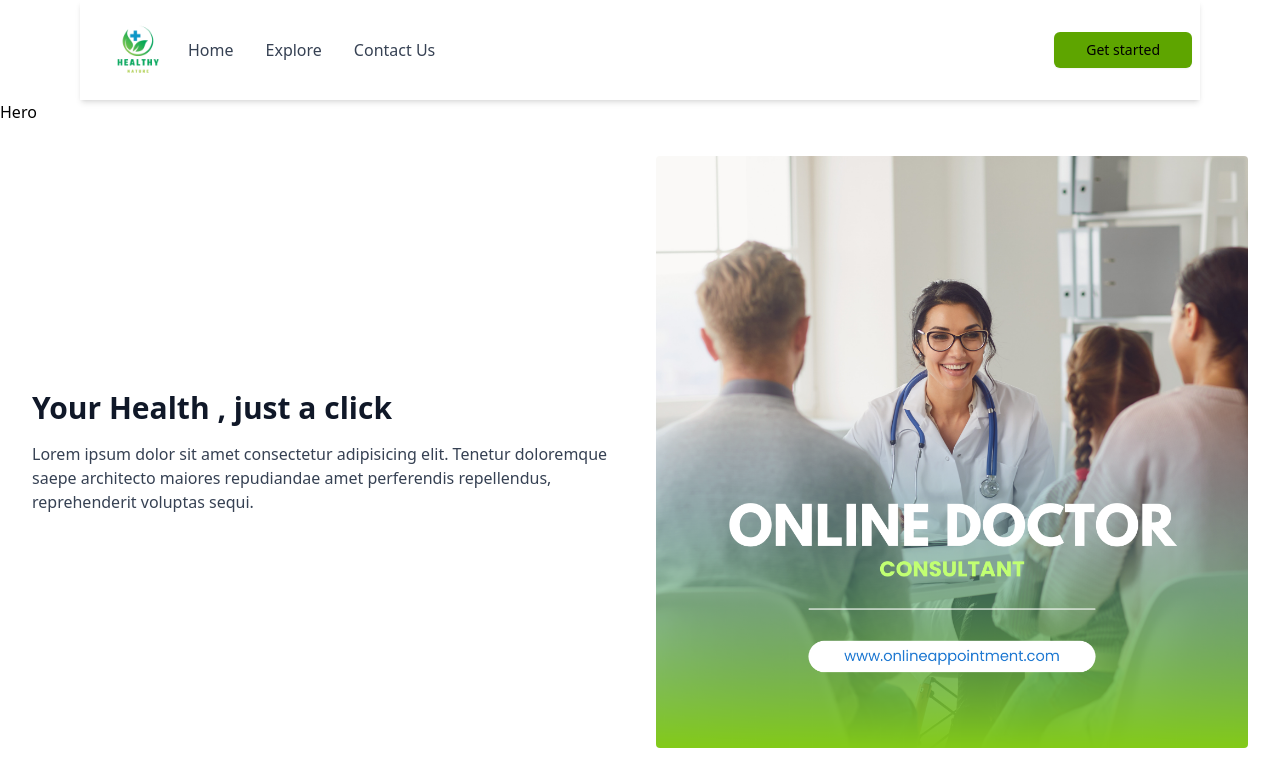
Repository: Muyassar-Mamdoh-Salem/appooinetment_app_frontend
Page: /
The author's editor kept a copy of each file at every save. The page is drawn from the files as they stood at one save, then again after the next save.
The browser window is 1280 px wide. The pictures show the whole page.
The project was rebuilt for these pictures with package versions that can differ from the ones it lists, and the page was loaded fresh each time. The framework's server and built-in components were replaced by stand-ins that run in the browser. Also part of the build but not shown: next.config.mjs.

Above is the page before, as saved 2025-07-03 15:20:28.

### app/layout.js
import { Geist, Geist_Mono } from "next/font/google";
import "./globals.css";
import Header from "./_compnents/Header";
const geistSans = Geist({
  variable: "--font-geist-sans",
  subsets: ["latin"],
});

const geistMono = Geist_Mono({
  variable: "--font-geist-mono",
  subsets: ["latin"],
});

export const metadata = {
  title: "Create Next App",
  description: "Generated by create next app",
};

export default function RootLayout({ children }) {
  return (
    <html lang="en">
      <body
        className={`${geistSans.variable} ${geistMono.variable} antialiased`}
      >
        <div className=" md:px-20">
                 <Header />

        </div>
        {children}
      </body>
    </html>
  );
}

### app/page.js
import Image from "next/image";

// shad cn
import { Button } from "@/components/ui/button"
// component
import Hero from "./_compnents/Hero";
export default function Home() {
  return (
    <div className="">
<Hero/>

    </div>
  );
}

### app/_compnents/Header.jsx
import React from 'react';
import Image from 'next/image';
import Link from 'next/link';
import { Button } from '@/components/ui/button';

function Header() {
  const menu = [
    { id: 1, name: 'Home', path: '/' },
    { id: 2, name: 'Explore', path: 'Explore' },
    { id: 3, name: 'Contact Us', path: 'Contact Us' }
  ];

  return (
    <header className="bg-white shadow-md px-2 flex items-center justify-between    ">
      <div className="  flex items-center  ">
        {/* الشعار */}
        <div className="flex items-center gap-2">
          <Image src="/assets/image/logo.png" width={100} height={40} alt="logo" />

        </div>

        {/* القائمة */}
        <nav>
          <ul className="hidden md:flex gap-8 text-gray-700 font-medium">
            {menu.map((item) => (
              <li key={item.id}>
                <Link
                  href={item.path}
                  className="hover:text-lime-600 transition-all duration-200 cursor-pointer hover:scale-105 "
                >
                  {item.name}
                </Link>
              </li>
            ))}
          </ul>
        </nav>
      </div>
      <Button>Get started</Button>

    </header>
  );
}

export default Header;

### components/ui/button.jsx
import * as React from "react"
import { Slot } from "@radix-ui/react-slot"
import { cva } from "class-variance-authority";

import { cn } from "@/lib/utils"

const buttonVariants = cva(
  "inline-flex items-center justify-center gap-2 whitespace-nowrap rounded-md text-sm font-medium transition-all disabled:pointer-events-none disabled:opacity-50 [&_svg]:pointer-events-none [&_svg:not([class*='size-'])]:size-4 shrink-0 [&_svg]:shrink-0 outline-none focus-visible:border-ring focus-visible:ring-ring/50 focus-visible:ring-[3px] aria-invalid:ring-destructive/20 dark:aria-invalid:ring-destructive/40 aria-invalid:border-destructive",
  {
    variants: {
      variant: {
        default:
          "bg-lime-600 text-primary-foreground shadow-xs hover:bg-lime-700 cursor-pointer",
        destructive:
          "bg-destructive text-white shadow-xs hover:bg-destructive/90 focus-visible:ring-destructive/20 dark:focus-visible:ring-destructive/40 dark:bg-destructive/60",
        outline:
          "border bg-background shadow-xs hover:bg-accent hover:text-accent-foreground dark:bg-input/30 dark:border-input dark:hover:bg-input/50",
        secondary:
          "bg-secondary text-secondary-foreground shadow-xs hover:bg-secondary/80",
        ghost:
          "hover:bg-accent hover:text-accent-foreground dark:hover:bg-accent/50",
        link: "text-primary underline-offset-4 hover:underline",
      },
      size: {
        default: "h-9 px-8 py-2 has-[>svg]:px-3",
        sm: "h-8 rounded-md gap-1.5 px-3 has-[>svg]:px-2.5",
        lg: "h-10 rounded-md px-6 has-[>svg]:px-4",
        icon: "size-9",
      },
    },
    defaultVariants: {
      variant: "default",
      size: "default",
    },
  }
)

function Button({
  className,
  variant,
  size,
  asChild = false,
  ...props
}) {
  const Comp = asChild ? Slot : "button"

  return (
    <Comp
      data-slot="button"
      className={cn(buttonVariants({ variant, size, className }))}
      {...props} />
  );
}

export { Button, buttonVariants }

### app/_compnents/Hero.jsx
import React from 'react'

function Hero() {
  return (
    <div>Hero
        <section>
  <div className="mx-auto max-w-screen-xl px-4 py-8 sm:px-6 lg:px-8">
    <div className="grid grid-cols-1 gap-4 md:grid-cols-2 md:items-center md:gap-8">
      <div>
        <div className="max-w-lg md:max-w-none">
          <h2 className="text-2xl font-semibold text-gray-900 sm:text-3xl">
          Your Health , just a click
          </h2>

          <p className="mt-4 text-gray-700">
            Lorem ipsum dolor sit amet consectetur adipisicing elit. Tenetur doloremque saepe
            architecto maiores repudiandae amet perferendis repellendus, reprehenderit voluptas
            sequi.
          </p>
        </div>
      </div>

      <div>
        <img
        src='assets\image\hero.png'
          className="rounded"
          alt=""
        />
      </div>
    </div>
  </div>
</section>
    </div>
  )
}

export default Hero

Loaded but not shown: app/globals.css (common file); lib/utils.js (common file)

After the next save:
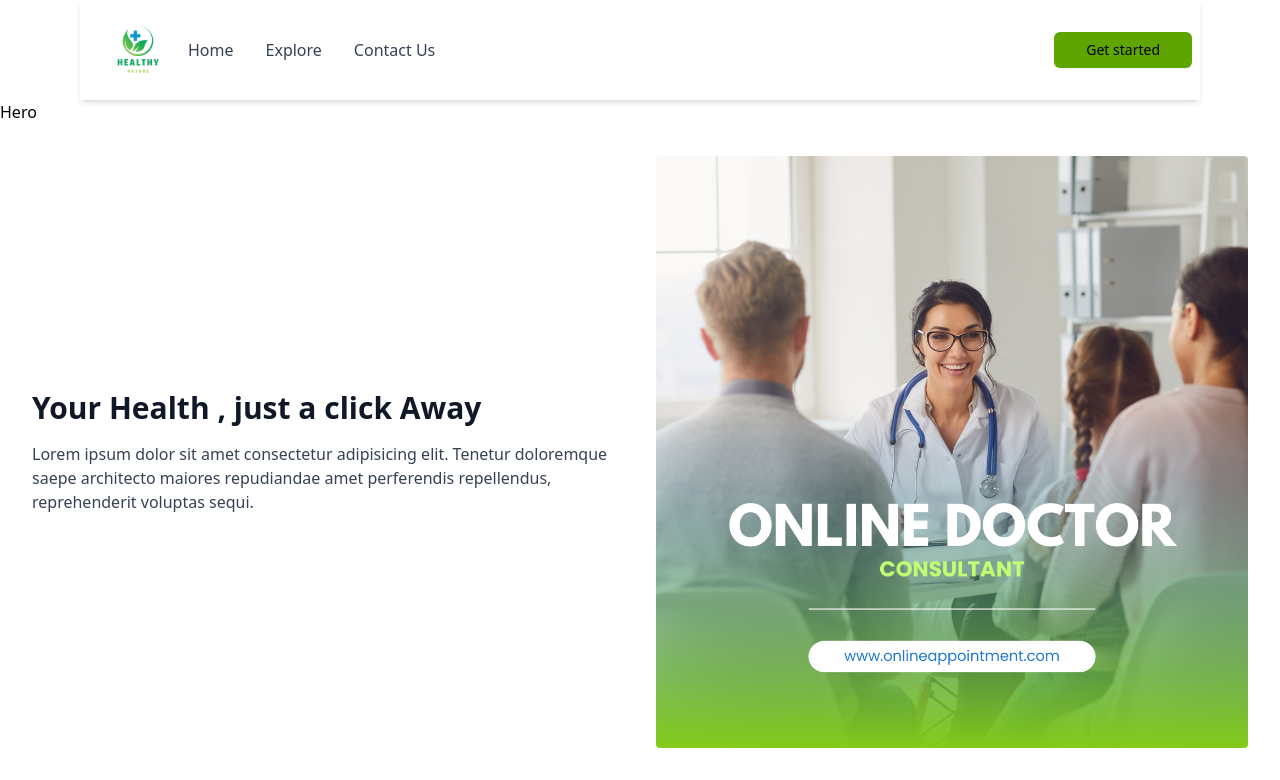
Saved 6 s later.
--- a/app/_compnents/Hero.jsx
+++ b/app/_compnents/Hero.jsx
@@ -9,7 +9,7 @@ function Hero() {
       <div>
         <div className="max-w-lg md:max-w-none">
           <h2 className="text-2xl font-semibold text-gray-900 sm:text-3xl">
-          Your Health , just a click
+          Your Health , just a click Away
           </h2>
 
           <p className="mt-4 text-gray-700">
